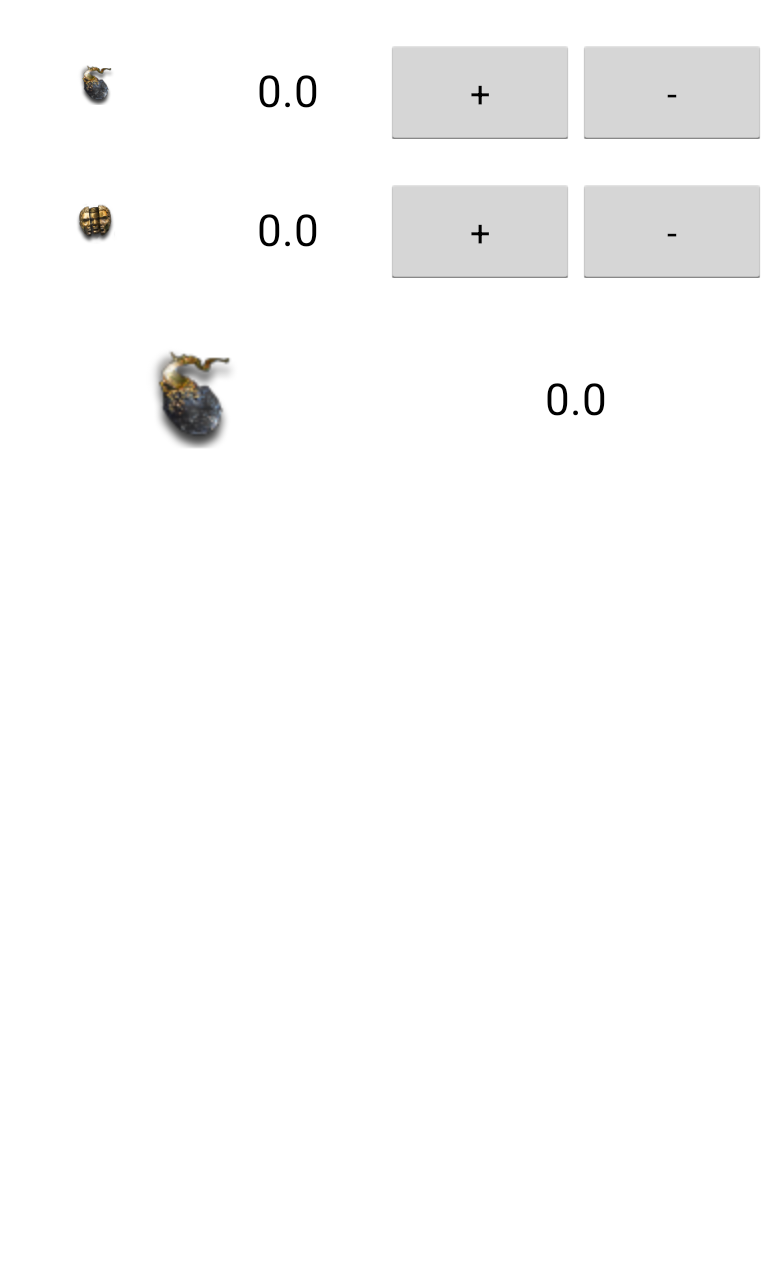
Repository: erictoddhagen/StartingAndriod
Layout: MyFirstApp/OrbTradeTracker/res/layout/activity_main.xml
The author's editor kept a copy of each file at every save. The layout is drawn from the files as they stood at one save, then again after the next save.
It is drawn on a 768 x 1280 px phone screen (xhdpi) without system bars, with theme AppTheme; the app's code is not run.

Above is the layout before, as saved 2013-02-03 20:10:24.

After the next save:
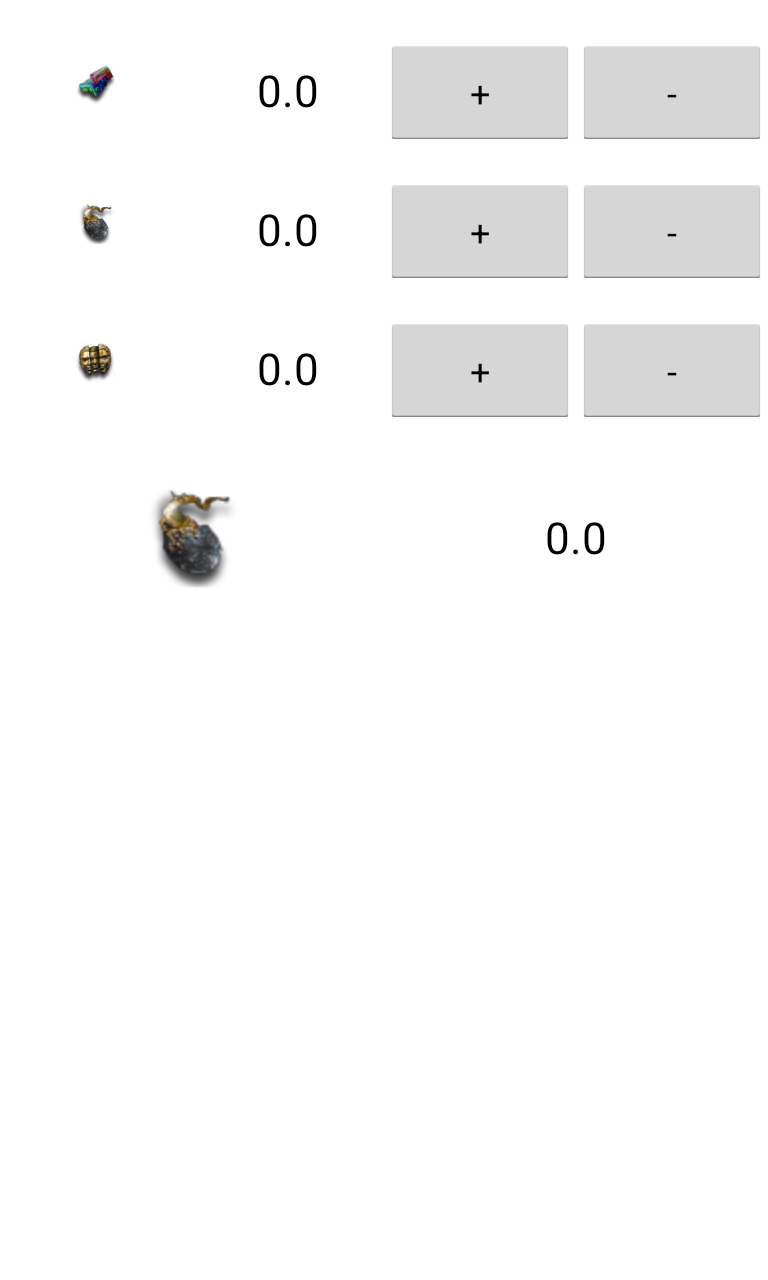
Saved 16 min 50 s later.
--- a/MyFirstApp/OrbTradeTracker/res/layout/activity_main.xml
+++ b/MyFirstApp/OrbTradeTracker/res/layout/activity_main.xml
@@ -5,6 +5,50 @@
   android:orientation="vertical"
   android:layout_width="match_parent"
   android:layout_height="match_parent">
+
+
+ <LinearLayout android:layout_width="fill_parent"
+               android:layout_height="wrap_content"
+               android:orientation="horizontal"
+               android:layout_marginTop="15dip">
+
+      <ImageView
+        android:id="@+id/imageChrom"
+        android:layout_width="fill_parent"
+        android:layout_height="fill_parent"
+        android:padding="15dip"
+        android:layout_weight="1"
+        android:gravity="center"
+        android:src="@drawable/chromatic" />
+
+    <TextView
+        android:id="@+id/chromTextView"
+        android:layout_width="fill_parent"
+        android:layout_height="fill_parent"
+        android:text="0.0"
+        android:padding="15dip"
+        android:layout_weight="1"
+        android:gravity="center"
+        android:textAppearance="?android:attr/textAppearanceLarge" />
+
+    <Button
+        android:id="@+id/chromButtonAdd"
+        android:layout_width="fill_parent"
+        android:layout_height="wrap_content"
+        android:padding="15dip"
+        android:layout_weight="1"
+        android:gravity="center"
+        android:text="+" />
+
+    <Button
+        android:id="@+id/chromButtonSub"
+        android:layout_width="fill_parent"
+        android:layout_height="wrap_content"
+        android:padding="15dip"
+        android:layout_weight="1"
+        android:gravity="center"
+        android:text="-" />
+</LinearLayout>
 
  <LinearLayout android:layout_width="fill_parent"
                android:layout_height="wrap_content"
